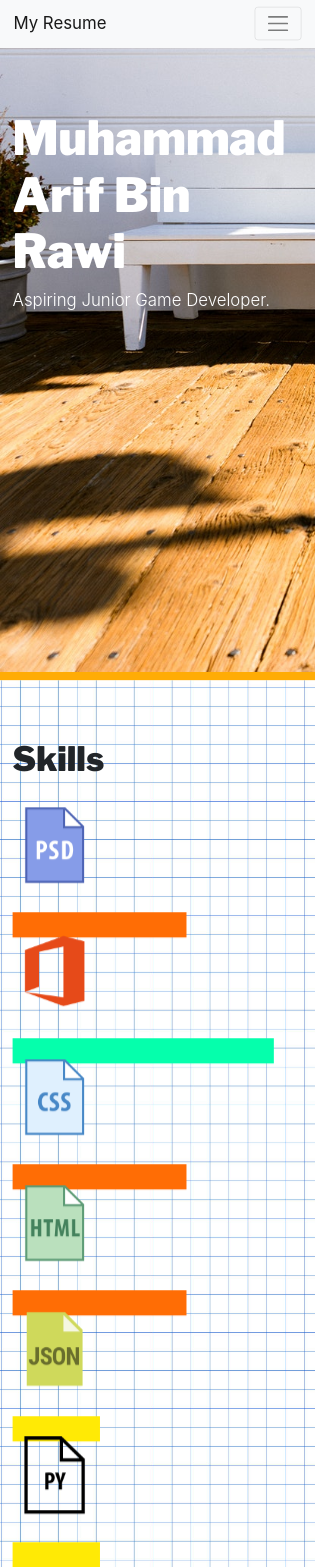
Repository: muhdarifrawi/resume-project
Page: index.html
The author's editor kept a record of every edit. The page is drawn from the files as they stood at one moment, then again after the next edit.
The browser window is 375 px wide. The page is 390 px wide, so the pictures cover 390 px, including what lies to the right of the window. The pictures show the part of the page from y = 0 to 1866 px (the page is 7164 px tall before and 7284 px after), at 84% of full size.
Pictures or frames that could not be fetched are drawn as grey boxes. Some web libraries are served in a nearby version.

Above is the page before.

### index.html
<!doctype html>
<html lang="en">

<head>
    <!-- Required meta tags -->
    <meta charset="utf-8">
    <meta name="viewport" content="width=device-width, initial-scale=1, shrink-to-fit=no">
    <!-- Font Awesome script -->
    <script src="https://kit.fontawesome.com/00e1568e72.js"></script>
    <!-- GOOGLE font -->
    <link href="https://fonts.googleapis.com/css?family=Libre+Franklin:900&display=swap" rel="stylesheet">
    <!-- AOS script -->
    <link href="https://unpkg.com/aos@2.3.1/dist/aos.css" rel="stylesheet">

    <!-- Bootstrap CSS -->
    <link rel="stylesheet" href="https://stackpath.bootstrapcdn.com/bootstrap/4.3.1/css/bootstrap.min.css" integrity="sha384-ggOyR0iXCbMQv3Xipma34MD+dH/1fQ784/j6cY/iJTQUOhcWr7x9JvoRxT2MZw1T" crossorigin="anonymous">
    <link rel="stylesheet" href="style.css" type="text/css" />
    <title>Online Resume</title>
</head>

  <!-- scroll spy added to body section -->
<body data-spy="scroll" data-target="#navscroll" data-offset="100">
    <!-- Navbar starts here -->
    <nav id="navscroll" class="navbar fixed-top navbar-expand-lg navbar-light bg-light">
        <a class="navbar-brand" href="#">My Resume</a>
        <button class="navbar-toggler" type="button" data-toggle="collapse" data-target="#navbarSupportedContent" aria-controls="navbarSupportedContent" aria-expanded="false" aria-label="Toggle navigation">
    <span class="navbar-toggler-icon"></span>
  </button>

        <div class="collapse navbar-collapse" id="navbarSupportedContent">
            <ul class="navbar-nav mr-auto">
                <li class="nav-item">
                    <a class="nav-link" href="#home">Home <span class="sr-only">(current)</span></a>
                </li>
                <li class="nav-item">
                    <a class="nav-link" href="#skills">Skills</a>
                </li>

                <li class="nav-item">
                    <a class="nav-link" href="#projects">Projects</a>
                </li>

                <li class="nav-item">
                    <a class="nav-link" href="#hobbies">Hobbies</a>
                </li>

                <li class="nav-item">
                    <a class="nav-link" href="#contact">Contact Me</a>
                </li>

            </ul>

        </div>
    </nav>
    <!-- navbar ends here -->

    <!--Jumbotron -->
    <div class="jumbotron jumbotron-fluid" id="home">
        <div class="container">
            <h1 class="display-4">Muhammad Arif Bin Rawi</h1>
            <p class="lead">Aspiring Junior Game Developer. </p>
        </div>
    </div>

    <div class="orange strip"></div>

<div class="container" id="skills">

<h1>Skills</h1>
    <!-- created div to slot in AOS -->
   <div data-aos="fade-right" data-aos-offset="300" data-aos-easing="ease-in-sine">
        <!-- photoshop row -->
        <div class="row pt-md-5">
            <div class="col-lg-3 col-sm-6">
                <div class="ware">
                    <img src="image/icon/PS.png" alt="photoshop" class="rounded">
                    <div class="house">
                        <div class="text">
                            <h5>Photoshop</h5>
                        </div>
                        <div class="text2">
                            <h6>Good</h6>
                        </div>
                    </div>
                </div>
            </div>
            <div class="col-lg-9 col-sm-6">
                <div class="bar-mid"></div>
            </div>
        </div>

        <!-- ms office row -->
        <div class="row">
            <div class="col-lg-3 col-sm-6">
                <div class="ware">
                    <img src="image/icon/MSO.png" alt="MS Office" class="rounded">
                    <div class="house">
                        <div class="text">
                            <h5>MS Office</h5>
                        </div>
                        <div class="text2">
                            <h6>Advance</h6>
                        </div>
                    </div>
                </div>
            </div>
            <div class="col-lg-9 col-sm-6">
                <div class="bar-full"></div>
            </div>
        </div>

        <!-- CSS row -->
        <div class="row">
            <div class="col-lg-3 col-sm-6">
                <div class="ware">
                    <img src="image/icon/CSS.png" alt="CSS" class="rounded">
                    <div class="house">
                        <div class="text">
                            <h5>CSS</h5>
                        </div>
                        <div class="text2">
                            <h6>Good</h6>
                        </div>
                    </div>
                </div>
            </div>
            <div class="col-lg-9 col-sm-6">
                <div class="bar-mid"></div>
            </div>
        </div>

        <!-- HTML row -->
        <div class="row">
            <div class="col-lg-3 col-sm-6">
                <div class="ware">
                    <img src="image/icon/HTML.png" alt="HTML" class="rounded">
                    <div class="house">
                        <div class="text">
                            <h5>HTML</h5>
                        </div>
                        <div class="text2">
                            <h6>Good</h6>
                        </div>
                    </div>
                </div>
            </div>
            <div class="col-lg-9 col-sm-6">
                <div class="bar-mid"></div>
            </div>
        </div>

        <!-- Java row -->
        <div class="row">
            <div class="col-lg-3 col-sm-6">
                <div class="ware">
                    <img src="image/icon/JS.png" alt="Java" class="rounded">
                    <div class="house">
                        <div class="text">
                            <h5>Java</h5>
                        </div>
                        <div class="text2">
                            <h6>Basic</h6>
                        </div>
                    </div>
                </div>
            </div>
            <div class="col-lg-9 col-sm-6">
                <div class="bar-min"></div>
            </div>
        </div>

        <!-- Python row -->
        <div class="row">
            <div class="col-lg-3 col-sm-6">
                <div class="ware">
                    <img src="image/icon/PY.png" alt="Python" class="rounded">
                    <div class="house">
                        <div class="text">
                            <h5>Python</h5>
                        </div>
                        <div class="text2">
                            <h6>Basic</h6>
                        </div>
                    </div>
                </div>
            </div>
            <div class="col-lg-9 col-sm-6">
                <div class="bar-min"></div>
            </div>
        </div>
    </div>
</div>

    <!-- <div class="orange strip"></div> -->

<!--usage of jumbotron to overcome "no-stretch" problem -->
<div class="jumbotron jumbotron-fluid "  id="projects">
<div class="container">
        <h1>Projects</h1>
        <div class="row">
            <div class="col">
                <div class="card note" style="width: 18rem;">
                    <div class="card-body">
                        <h5 class="card-title">Online Resume</h5>
                        <h6 class="card-subtitle mb-2 text-muted">HTML, CSS, Bootstrap</h6>
                        <p class="card-text">Project displaying the basics of creating a webpage.</p>

                        <a href="https://muhdarifrawi.github.io/resume-project/" target="_blank" class="card-link">
                            <div class="rounded-box"><i class="far fa-window-maximize"></i></div></a>

                        <a href="https://github.com/muhdarifrawi/resume-project" target="_blank" class="card-link">
                            <div class="rounded-box"><i class="fab fa-github"></i></div></a>
                    </div>
                </div>
            </div>

            <div class="col">
                <div class="card note2" style="width: 18rem;">
                    <div class="card-body">
                        <h5 class="card-title">Online Resume</h5>
                        <h6 class="card-subtitle mb-2 text-muted">HTML, CSS, Bootstrap</h6>
                        <p class="card-text">Project displaying the basics of creating a webpage.</p>

                        <a href="https://muhdarifrawi.github.io/resume-project/" target="_blank" class="card-link">
                            <div class="rounded-box"><i class="far fa-window-maximize"></i></div></a>

                        <a href="https://github.com/muhdarifrawi/resume-project" target="_blank" class="card-link">
                            <div class="rounded-box"><i class="fab fa-github"></i></div></a>
                    </div>
                </div>
            </div>

            <div class="col">
                <div class="card note3" style="width: 18rem;">
                    <div class="card-body">
                        <h5 class="card-title">Online Resume</h5>
                        <h6 class="card-subtitle mb-2 text-muted">HTML, CSS, Bootstrap</h6>
                        <p class="card-text">Project displaying the basics of creating a webpage.</p>

                        <a href="https://muhdarifrawi.github.io/resume-project/" target="_blank" class="card-link">
                            <div class="rounded-box"><i class="far fa-window-maximize"></i></div></a>

                        <a href="https://github.com/muhdarifrawi/resume-project" target="_blank" class="card-link">
                            <div class="rounded-box"><i class="fab fa-github"></i></div></a>
                    </div>
                </div>
            </div>

        </div>

        <div class="row">
        <div class="col">
            <div class="card note3" style="width: 18rem;">
                <div class="card-body">
                    <h5 class="card-title">Online Resume</h5>
                    <h6 class="card-subtitle mb-2 text-muted">HTML, CSS, Bootstrap</h6>
                    <p class="card-text">Project displaying the basics of creating a webpage.</p>

                    <a href="https://muhdarifrawi.github.io/resume-project/" target="_blank" class="card-link">
                        <div class="rounded-box"><i class="far fa-window-maximize"></i></div></a>

                    <a href="https://github.com/muhdarifrawi/resume-project" target="_blank" class="card-link">
                        <div class="rounded-box"><i class="fab fa-github"></i></div></a>
                </div>
            </div>
        </div>

        <div class="col">
            <div class="card note" style="width: 18rem;">
                <div class="card-body">
                    <h5 class="card-title">Online Resume</h5>
                    <h6 class="card-subtitle mb-2 text-muted">HTML, CSS, Bootstrap</h6>
                    <p class="card-text">Project displaying the basics of creating a webpage.</p>

                    <a href="https://muhdarifrawi.github.io/resume-project/" target="_blank" class="card-link">
                        <div class="rounded-box"><i class="far fa-window-maximize"></i></div></a>

                    <a href="https://github.com/muhdarifrawi/resume-project" target="_blank" class="card-link">
                        <div class="rounded-box"><i class="fab fa-github"></i></div></a>
                </div>
            </div>
        </div>

        <div class="col">
            <div class="card note2" style="width: 18rem;">
                <div class="card-body">
                    <h5 class="card-title">Online Resume</h5>
                    <h6 class="card-subtitle mb-2 text-muted">HTML, CSS, Bootstrap</h6>
                    <p class="card-text">Project displaying the basics of creating a webpage.</p>

                    <a href="https://muhdarifrawi.github.io/resume-project/" target="_blank" class="card-link">
                        <div class="rounded-box"><i class="far fa-window-maximize"></i></div></a>

                    <a href="https://github.com/muhdarifrawi/resume-project" target="_blank" class="card-link">
                        <div class="rounded-box"><i class="fab fa-github"></i></div></a>
                </div>
            </div>
        </div>

    </div>

    </div>
</div>
<!-- <div class="orange strip"></div> -->

<div class="container" id="hobbies">
    <h1>Hobbies</h1>
    <div class="row">

        <div class="col-sm-6 col-md-4 ">
            <div class="col"><div class="thumb camping"></div></div>
        </div>
        <div class="col-sm-6 col-md-8">
            <div class="card">
                <div class="card-body">
                    <h3>
                      Outdoors
                      <small class="text-muted">Relaxing oneself with nature</small>
                    </h3>

                    <p>
                        Lorem ipsum dolor sit amet, consectetur adipiscing elit. Vestibulum a condimentum arcu. Nullam sed felis sed risus iaculis tincidunt. Nulla facilisi. Ut a dolor a massa pulvinar pretium id eget erat. Donec luctus tortor nec mauris pretium, non mollis nunc tristique. Curabitur tempor tempus leo at rutrum. Ut sit amet justo est. Suspendisse semper odio iaculis metus fringilla lacinia. Nullam a aliquam ex.
                    </p>
                </div>
            </div>
        </div>

    </div>

       <div class="row">

        <div class="col-sm-6 order-sm-2 col-md-4">
            <div class="col"><div class="thumb indoor"></div></div>

        </div>
        <div class="col-sm-6 order-sm-1 col-md-8">

            <div class="card">
                <div class="card-body">
                    <h3>
                    Indoors
                      <small class="text-muted">For those cosy days</small>
                    </h3>

                    <p>
                        Lorem ipsum dolor sit amet, consectetur adipiscing elit. Vestibulum a condimentum arcu. Nullam sed felis sed risus iaculis tincidunt. Nulla facilisi. Ut a dolor a massa pulvinar pretium id eget erat. Donec luctus tortor nec mauris pretium, non mollis nunc tristique. Curabitur tempor tempus leo at rutrum. Ut sit amet justo est. Suspendisse semper odio iaculis metus fringilla lacinia. Nullam a aliquam ex.
                    </p>
                </div>
            </div>

        </div>

    </div>

</div>

<div class="orange strip"></div>

<div class="container" id="contact">


<div class="row">


<!-- left column -->
<div class="col-sm-6 pl-4">
    <!-- top column -->
    <div class="row">
    <h1>Contact Me</h1>
    </div>

<!-- bottom column -->
<div class="row">
<div class="col">
<form>

    <div class="form-group">
        <label for="name">Name</label>
        <input type="text" class="form-control" id="form1" placeholder="Name" required>
    </div>

    <div class="form-group">
        <label for="email">Email Address</label>
        <input type="email" class="form-control" id="form1" placeholder="name@example.com" required>
    </div>


    <div class="form-group">
        <label for="Textarea">Comments</label>
        <textarea class="form-control" id="form1" rows="3" required></textarea>
    </div>

    <input class="btn btn-primary" type="submit" value="Submit">
</form>

</div>
</div>
</div>
<!-- right column-->
<div class="col-sm-6 pl-4">
    <!-- top column -->
    <div class="row">
    <h1>Follow Me</h1>
    </div>
<!--bottom column -->
<div class="col">
    <div class="row pt-3"></div>
    <div class="row">
        <div class="col"><a href="https://www.twitter.com/ArifRawi" target="_blank"><div class="rounded-box"><i class="fab fa-twitter"></i></div></a></div>
        <div class="col"><a href="https://github.com/muhdarifrawi" target="_blank"><div class="rounded-box"><i class="fab fa-github"></i></div></a></div>
        <div class="col"><a href="https://www.instagram.com/muhdarifrawi/" target="_blank"><div class="rounded-box"><i class="fab fa-instagram"></i></div></a></div>

    </div>
    <div class="row"></div>
</div>
</div>
</div>
</div>

<div class="orange banner">
    <div class="container" id="footer">

        <div class="row">

            <div class="col-sm-4 px-4">
                <h6>Acknowledgments</h6>
                    <p>Thank you to all that has helped and guided me in making this project work.</p>



            </div>

            <div class="col-sm-4 px-4">
                <h6>Disclaimer</h6>
                <p>This webpage is a work meant for education purposes only. </p>
            </div>

            <div class="col-sm-4 px-4">
                <h6>Copyright 2019, all rights reserved.</h6>
            </div>
        </div>

    </div>
</div>
    <!-- Optional JavaScript -->
    <!-- jQuery first, then Popper.js, then Bootstrap JS -->
    <script src="https://code.jquery.com/jquery-3.3.1.slim.min.js" integrity="sha384-q8i/X+965DzO0rT7abK41JStQIAqVgRVzpbzo5smXKp4YfRvH+8abtTE1Pi6jizo" crossorigin="anonymous"></script>
    <script src="https://cdnjs.cloudflare.com/ajax/libs/popper.js/1.14.7/umd/popper.min.js" integrity="sha384-UO2eT0CpHqdSJQ6hJty5KVphtPhzWj9WO1clHTMGa3JDZwrnQq4sF86dIHNDz0W1" crossorigin="anonymous"></script>
    <script src="https://stackpath.bootstrapcdn.com/bootstrap/4.3.1/js/bootstrap.min.js" integrity="sha384-JjSmVgyd0p3pXB1rRibZUAYoIIy6OrQ6VrjIEaFf/nJGzIxFDsf4x0xIM+B07jRM" crossorigin="anonymous"></script>
    <!--AOS script -->
    <script src="https://unpkg.com/aos@2.3.1/dist/aos.js"></script>

    <script>
        AOS.init();
    </script>
</body>

</html>

### style.css
html{
    width:100%;
    height:100%;

}

body{
    padding-top:30px;
    width:100%;
    height:100%;

}

.jumbotron{
    margin-bottom:0px;
}

.box{
    height:50px;
    width:50px;
}

.red{
    background-color:red;
}

.blue{
    background-color:blue;
}

.orange{
    background-color:rgba(255, 172, 5, 1);
}

.strip{
    width:100%;
    height:10px;
}

.banner{
    width:100%;
    height:300px;
}

.rect{
    width:100%;
    height:100%;
    padding:15px;
}

.container{
    padding-top:70px;
    padding-bottom:30px;
}

.shelf{
    height:100%;
    width:100%;
}

.col{
    padding:10px;
}


.jumbotron {
  color:white;
}

#home{
    background-image: url("image/bg/bench.jpg");
    background-size: cover;
    /*this allows the image to stretch height to its max. needs html and body to be height:100% as well*/
    height:100%;

}

h1 {
font-family: 'Libre Franklin', sans-serif;
}

.card{
    margin:30px;
    opacity:0.7;
    border:none;
    transition-duration:1s;

}

.card-body{
    background-color:rgb(255, 172, 5);
    border-radius:3px;

}

.card:hover{
    opacity:1;
}

#footer{
    padding-bottom:0px;
    padding-left:0px;
    padding-right:0px;
    width:100%;
}

.btn-primary{
    background-color:rgb(255, 193, 100);
    border-color:rgb(255, 193, 100);

}

.btn-primary:hover {
    background-color:rgb(255, 234, 5);
    border-color:rgb(255, 234, 5);

}

.icon{
    height:60px;
}

#projects{
    background-image:url(image/bg/circuits.jpg);
    background-size:cover;
    height:auto;
    padding:0px;

}

#projects h1{
    color:black;
}

#skills{
    background-image:url(image/bg/graph.jpg);
    background-size:cover;

}

.rounded-box{
    background-color:orange;
    height:50px;
    border-radius:5px;
    text-align:center;
    border:1px;
    transition-duration:0.5s;
}

.rounded-box:hover{
    transition-duration:0.5s;
    background-color:rgb(255, 234, 5);
    border-color:rgb(255, 234, 5);
}

.fa-twitter{
    padding-top:5px;
    font-size:40px;
    color:white;
}

.fa-github{
    padding-top:5px;
    font-size:40px;
    color:white;
}

.fa-instagram{
    padding-top:5px;
    font-size:40px;
    color:white;
}

.fa-window-maximize{
    padding-top:5px;
    font-size:40px;
    color:white;
}

.follow{
    margin-top:50px;
}


.bar-full {
    width:0%;
    height:30px;
    background-color:blue;
    animation-name: adv;
    animation-duration: 4s;
    animation-fill-mode:forwards;
    transform:translate(0, 100%);
}

@keyframes adv{

    from{
        width:0%;
        Background-color:rgb(255, 234, 5);
    }

    to{
        width:90%;
        background-color:rgb(5, 255, 172);

    }

}

.bar-mid {
    width:0%;
    height:30px;
    background-color:blue;
    animation-name: gd;
    animation-duration: 4s;
    animation-fill-mode:forwards;
    transform:translate(0, 100%);
}

@keyframes gd{

    from{
        width:0%;
        Background-color:rgb(255, 234, 5);
    }

    to{
        width:60%;
        background-color:rgb(255, 109, 5);

    }

}

.bar-min {
    width:0%;
    height:30px;
    background-color:blue;
    animation-name: basic;
    animation-duration: 4s;
    animation-fill-mode:forwards;
    transform:translate(0, 100%);
}

@keyframes basic{

    from{
        width:0%;
        Background-color:rgb(255, 234, 5);
    }

    to{
        width:30%;
        background-color:rgb(255, 234, 5);

    }

}

.ware{
    /*background-color:purple;*/
    width:100px;
    height:100%;
    margin-left:150px;

}

.rounded{
    width:100%;
}

.house{
    background-color:rgb(255, 172, 5);
    width:100px;
    height:100%;
    transform:translate(0,-100%);
    opacity:0;
    transition-duration:0.75s;
    position:absolute;
    text-align:justify;
    border-radius:3px;
}

.ware:hover .house{
    opacity:0.9;
    cursor:pointer;
}

.text{
    color:rgb(88, 5, 255);
    margin-top:5px;
    text-align:center;
}

.text2{
    color:rgba(5, 88, 255, 0.7);
    margin-top:5px;
    text-align:center;
}

.note {
    transform:rotate(-10deg);
    transition-duration: 1s;
}

.note:hover {
    transform:rotate(0deg);
}

.thumb{
    height:330px;
    width:330px;
    /*background-color:green;*/
    border-radius:165px;
    border-color:orange;
    border-style:solid;
    border-width:5px;
}

.camping{
  background-image:url(image/thumb/camping.jpg);
  background-size:cover;
}

.indoor{
  background-image:url(image/thumb/indoor.jpg);
  background-size:cover;
}

/* Medium devices (tablets, 768px and up)*/
@media (max-width: 426px) {

    .ware{

    margin-left:0px;
    padding-top:20px;
    }



}

After the next edit:
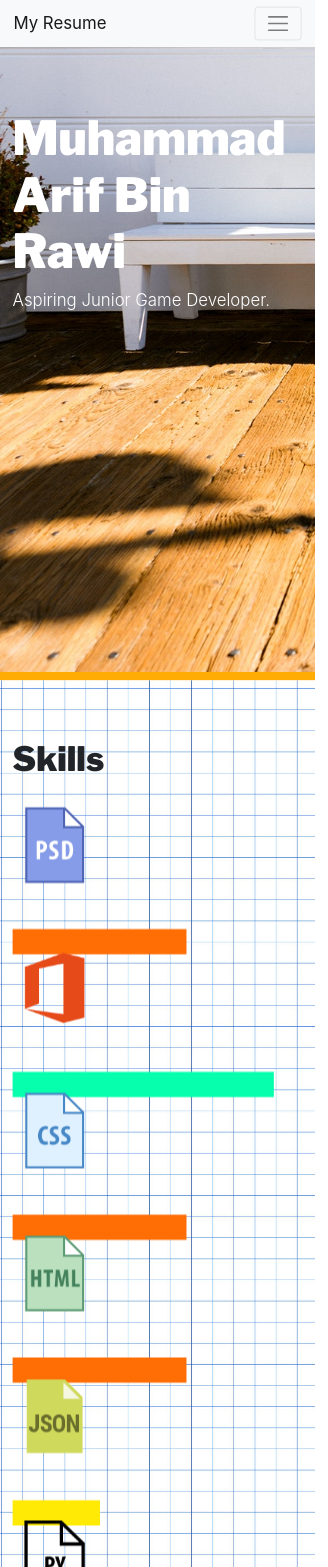
The edit:
--- a/style.css
+++ b/style.css
@@ -334,8 +334,9 @@
 
     margin-left:0px;
     padding-top:20px;
-    }
-
-
-
-}
+    padding-bottom:20px;
+    }
+
+
+
+}
